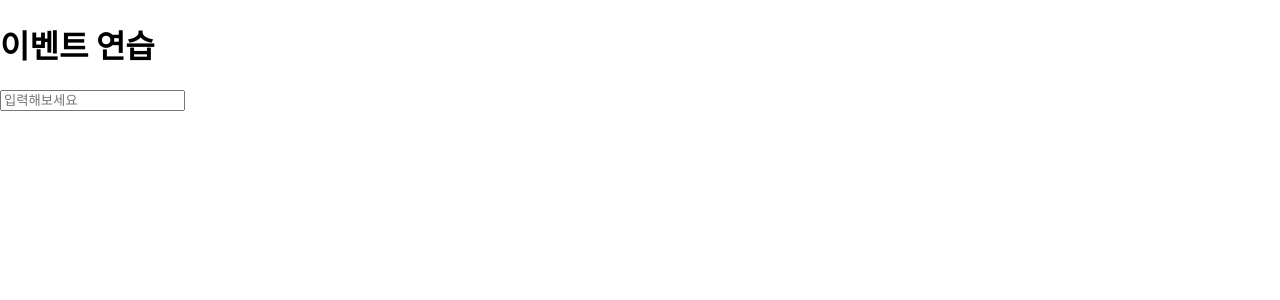
Repository: jongheonleee/hello_my_react
Page: /
These files come from the project's save history. The page is drawn as it stood at one moment and after the next save; the edit follows.
The browser window is 1280 px wide. The pictures show the whole page.
The project was rebuilt for these pictures with package versions that can differ from the ones it lists, and the page was loaded fresh each time. Also part of the build but not shown: src/App.css, src/MyComponent.js, src/Say.js.

Above is the page before, as saved 2024-09-03 16:29:33.

### src/App.js
import logo from './logo.svg';
import { Fragment } from 'react';
import './App.css';
import MyComponent from './MyComponent';
import Say from './Say';  // Counter.js 파일로 Counter 컴포��트를 import합니다.
import EventPractice from './eventPractice';

function App() { // 컴포넌트 -> 1. 모습, 2. 기능, 컴포넌트를 기본 단위로 여러개 조합해서 사용 가능
  return <EventPractice />;
};

export default App;

### src/eventPractice.js
import { Component } from "react";


class EventPractice extends Component {

    state = {
        message : ""
    }

    render() {
        return (
            <div>
                <h1>이벤트 연습</h1>
                <input
                    type="test"
                    name = "message"
                    placeholder="입력해보세요"
                    value={this.state.message}
                    onChange={
                        (e) => {
                            this.setState(
                                { message : e.target.value }
                            )
                        }
                    }
                />
            </div>
        )
    }
}

export default EventPractice;

Loaded but not shown: public/index.html (common file); src/index.js (common file); src/index.css (common file); src/reportWebVitals.js (common file)

After the next save:
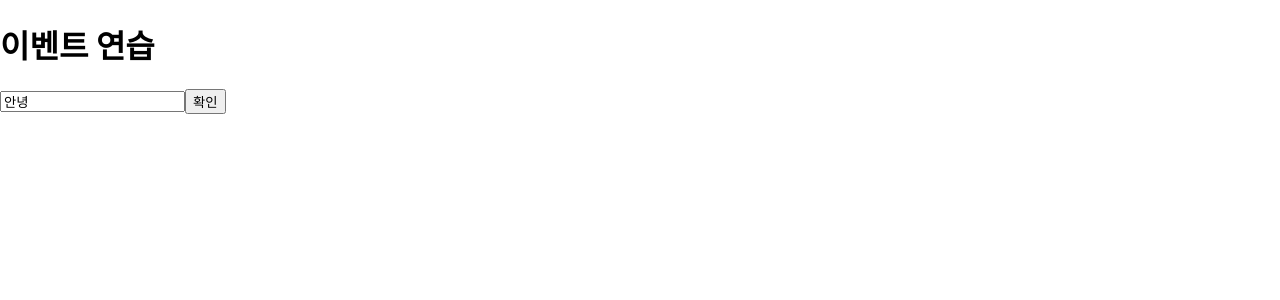
Saved 2 min 28 s later.
--- a/src/eventPractice.js
+++ b/src/eventPractice.js
@@ -4,7 +4,7 @@ import { Component } from "react";
 class EventPractice extends Component {
 
     state = {
-        message : ""
+        message : "안녕"
     }
 
     render() {
@@ -24,6 +24,17 @@ class EventPractice extends Component {
                         }
                     }
                 />
+                <button
+                    onClick={
+                        () => {
+                            alert(this.state.message);
+                            this.setState({
+                                message : ''
+                            });
+                        }
+                }>
+                    확인
+                </button>
             </div>
         )
     }
